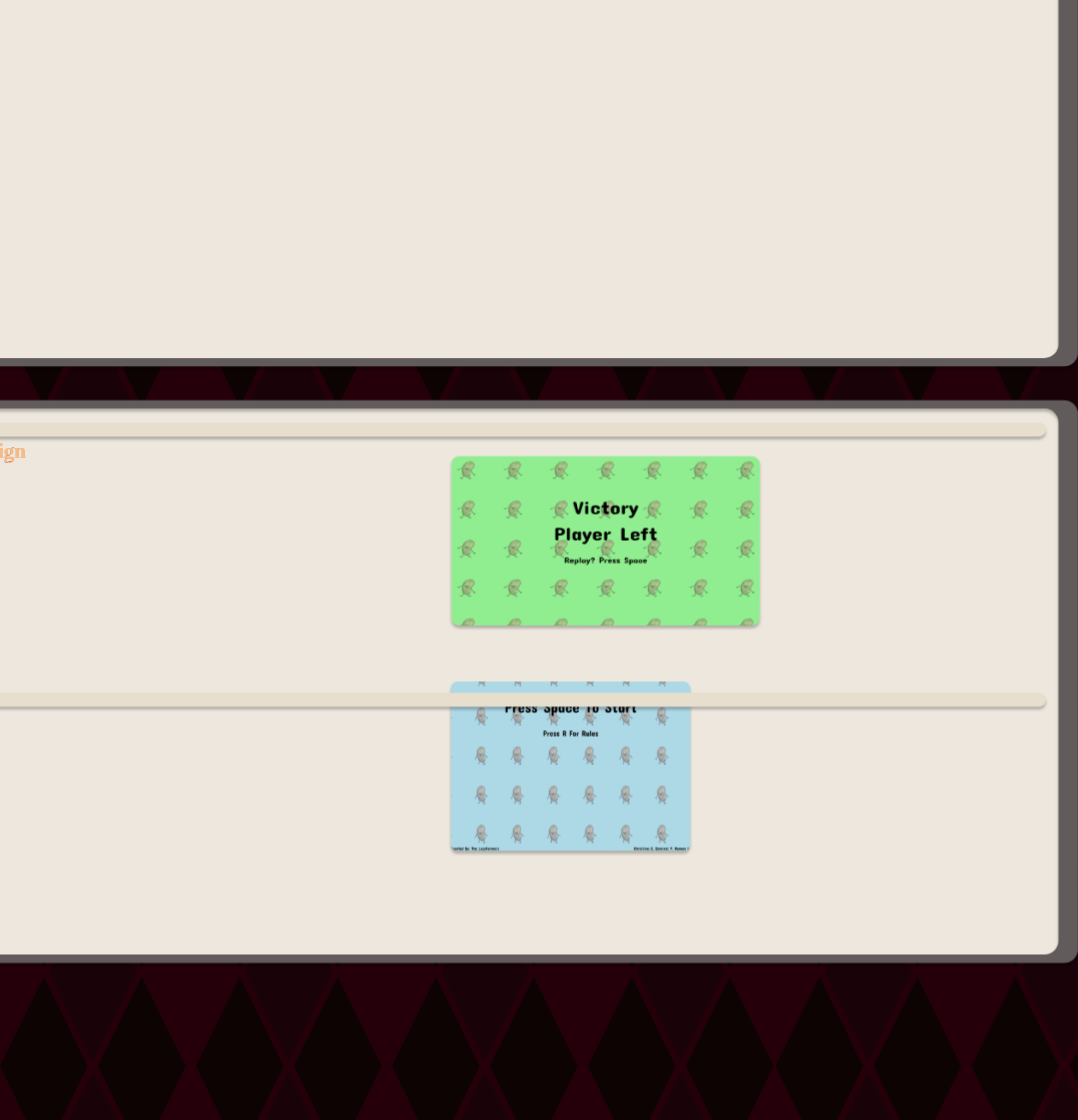
Repository: EMP-ChristinaC/Portfolio
Page: projects/potato-shuffle/potato.html
These files come from the project's save history. The page is drawn as it stood at one moment and after the next save; the edit follows.
The browser window is 1280 px wide. The page is 1540 px wide, so the pictures cover 1540 px, including what lies to the right of the window. The pictures show the part of the page from y = 1275 to 2875 px (the page is 6194 px tall), at 70% of full size.
Some web fonts or font styles are not loaded; a fallback is used.

Above is the page before, as saved 2024-12-08 19:56:18.

After the next save:
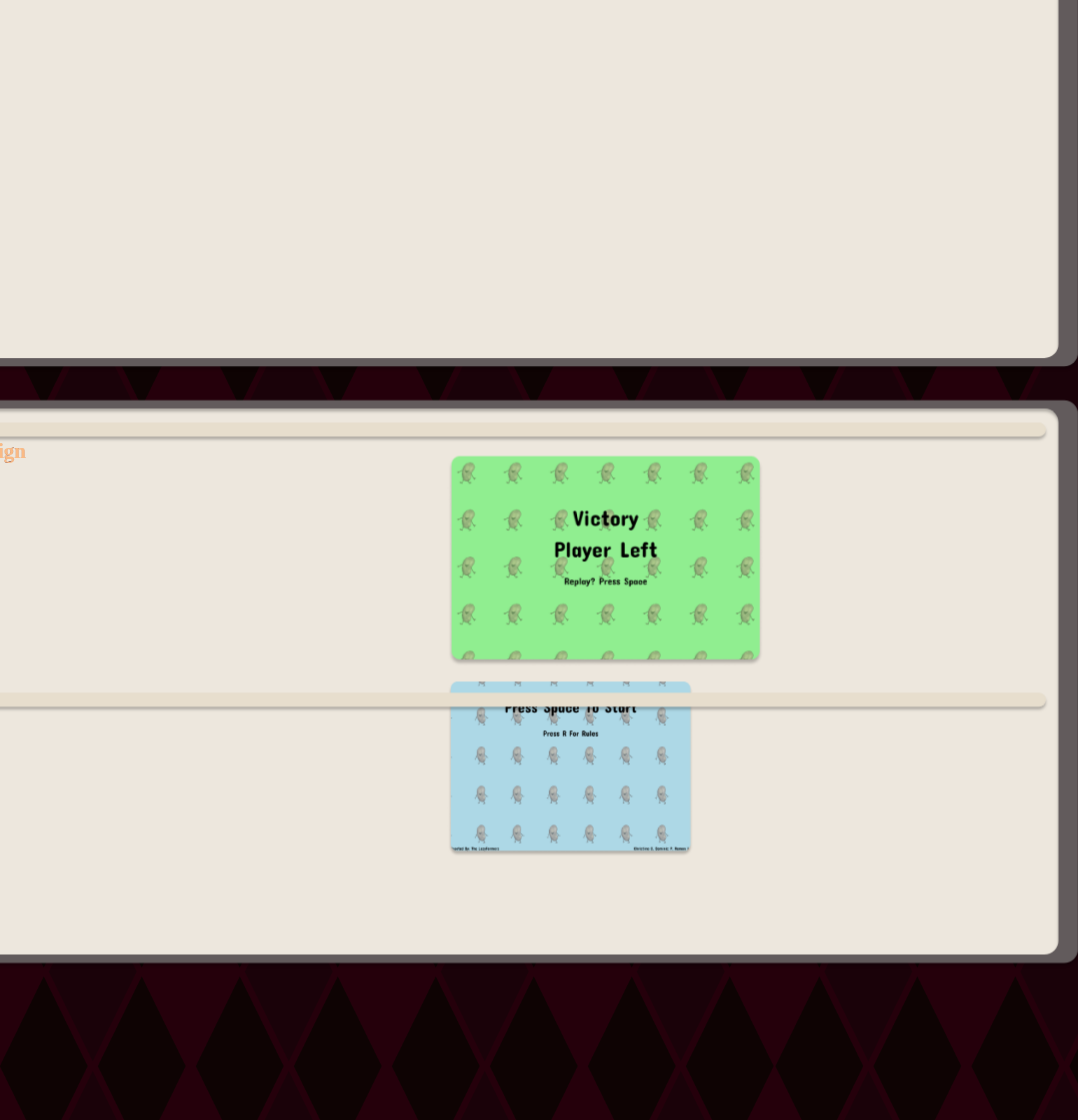
Saved 5 s later.
--- a/projects/potato-shuffle/potato.css
+++ b/projects/potato-shuffle/potato.css
@@ -496,7 +496,7 @@ footer.section p {
 
 .potato-menu-two img {
     width: 450px;
-    height: 250px;
+    height: 300px;
     position: absolute;
     top: 10%;
     left: 50%;
